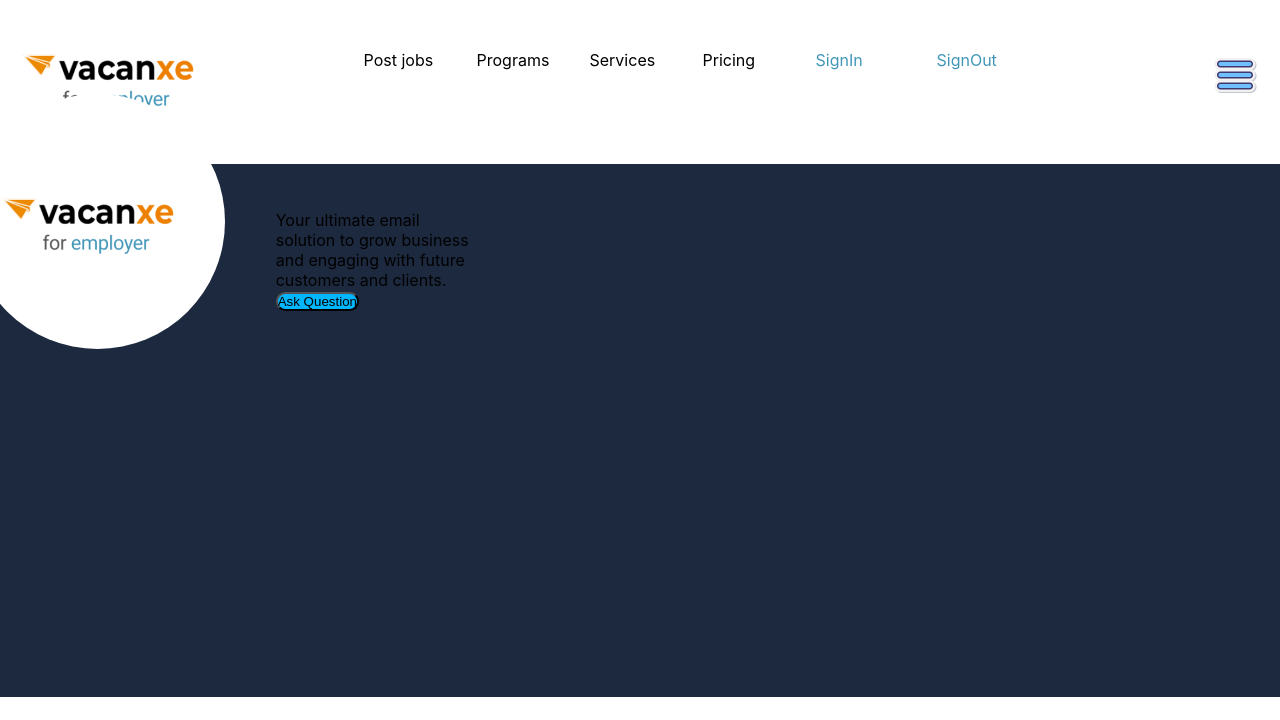
Repository: uh-sman/Vacanxe
Page: /
The author's editor kept a copy of each file at every save. The page is drawn from the files as they stood at one save, then again after the next save.
The browser window is 1280 px wide. The pictures show the whole page.
The project was rebuilt for these pictures with package versions that can differ from the ones it lists, and the page was loaded fresh each time.

Above is the page before, as saved 2022-12-02 23:33:25.

After the next save:
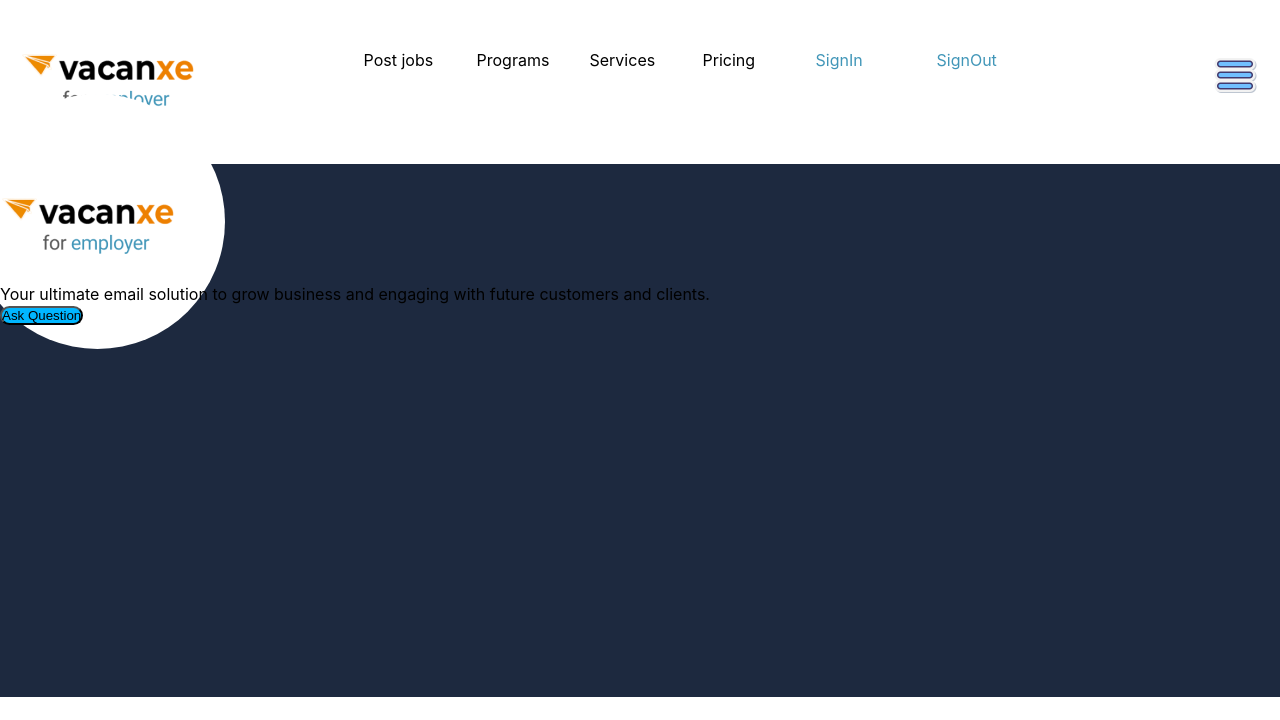
Saved 35 s later.
--- a/src/components/footer.css
+++ b/src/components/footer.css
@@ -35,8 +35,9 @@
 }
 .ultimate-email {
   position: absolute;
-  height: 84px;
+  margin-top: 120px;
+  /* height: 84px;
   left: 21.54%;
   right: 63.06%;
-  top: calc(50% - 84px / 2 - 108.5px);
+  top: calc(50% - 84px / 2 - 108.5px); */
 }
